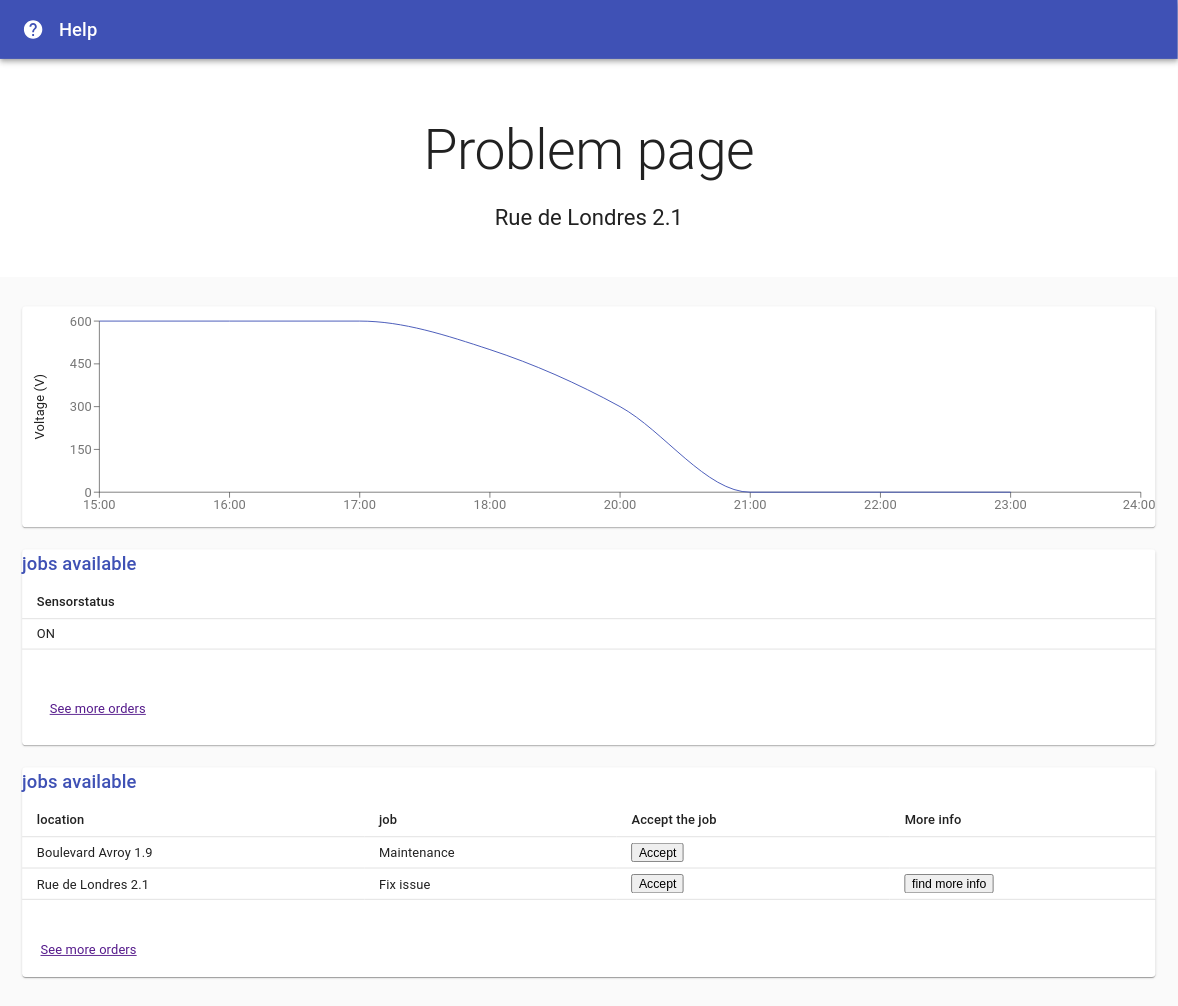
Repository: sapbrussels/intelligenthighway_webapp
Page: /Problempage (app in router/)
The author's editor kept a copy of each file at every save. The page is drawn from the files as they stood at one save, then again after the next save.
The browser window is 1280 px wide. The pictures show the whole page, at 92% of full size.
The project was rebuilt for these pictures with package versions that can differ from the ones it lists, and the page was loaded fresh each time. Also part of the build but not shown: router/src/App.css, router/src/Login.js, router/src/Maps.js, router/src/Jobspage.js, router/src/Direction.js, router/src/Maintenance.js, router/src/Help.js.

Above is the page before, as saved 2020-03-31 15:23:29.

After the next save:
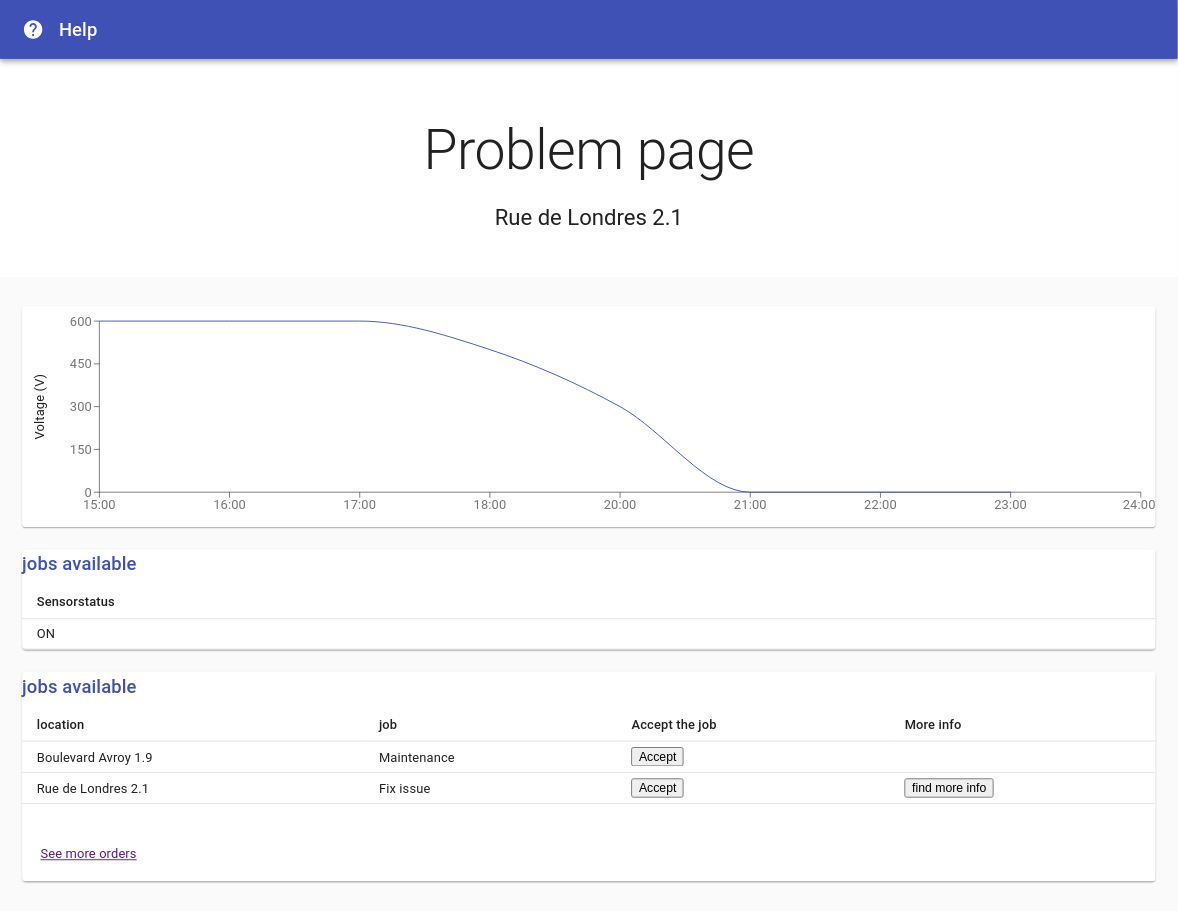
Saved 12 s later.
--- a/router/src/SensorData.js
+++ b/router/src/SensorData.js
@@ -50,11 +50,7 @@ const useStyles = makeStyles((theme) => ({
             ))}
             </TableBody>
         </Table>
-        <div className={classes.seeMore}>
-            <Link color="primary" href="#" onClick={preventDefault}>
-            See more orders
-            </Link>
-        </div>
+
         </React.Fragment>
     );
 }
